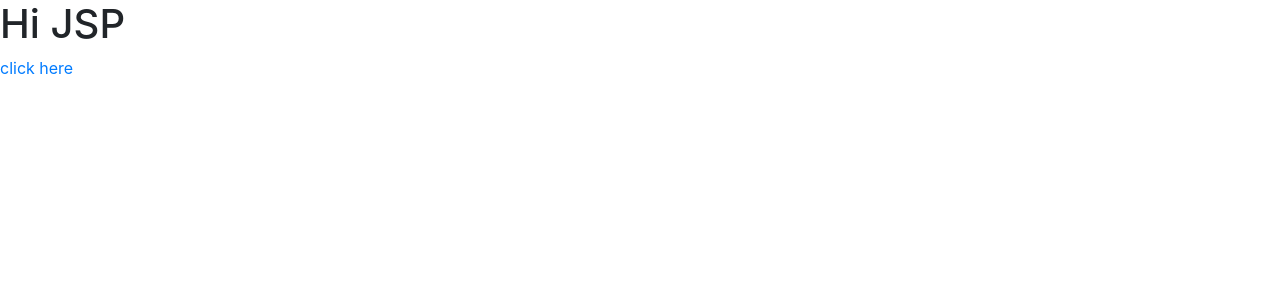
Repository: prashantkumarbind/Hospital-Weather-Concept
Page: http://localhost/weather-app/
These files come from the project's save history. The page is drawn as it stood at one moment and after the next save; the edit follows.
The browser window is 1280 px wide. The pictures show the whole page.
The page is served by Tomcat 9.

Above is the page before, as saved 2024-01-19 03:36:20.

After the next save:
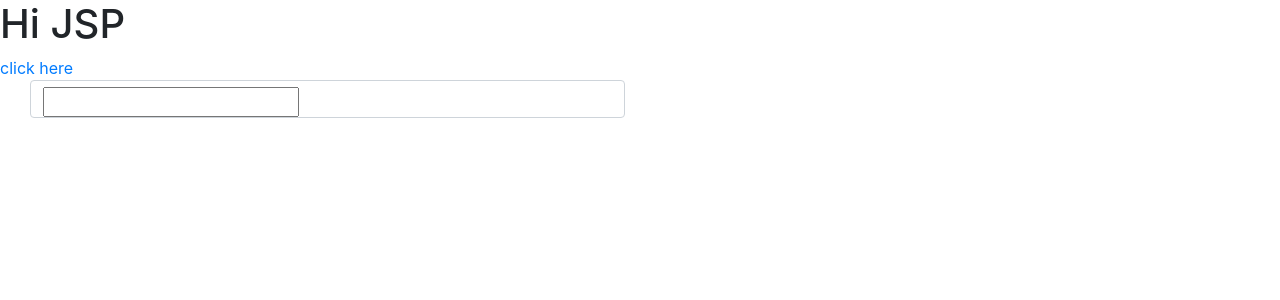
Saved 2 min 51 s later.
--- a/weather-app/src/main/webapp/index.jsp
+++ b/weather-app/src/main/webapp/index.jsp
@@ -15,10 +15,12 @@
 		<a href="index.html">click here</a>
 		<section class="form-top-header header-top">
 			<div class="container-fluid">
-				<div class="row-lg">
-					<div class="col-6">
-						<form>
-
+				<div class="row-lg justify-content-center">
+					<div class="col-6 form controller">
+						<form action="FormDataController" method="Post">
+							 <div class="form-control">
+							 	<input type="text" name="city_name" class="">
+							 </div>
 						</form>
 					</div>
 				</div>
